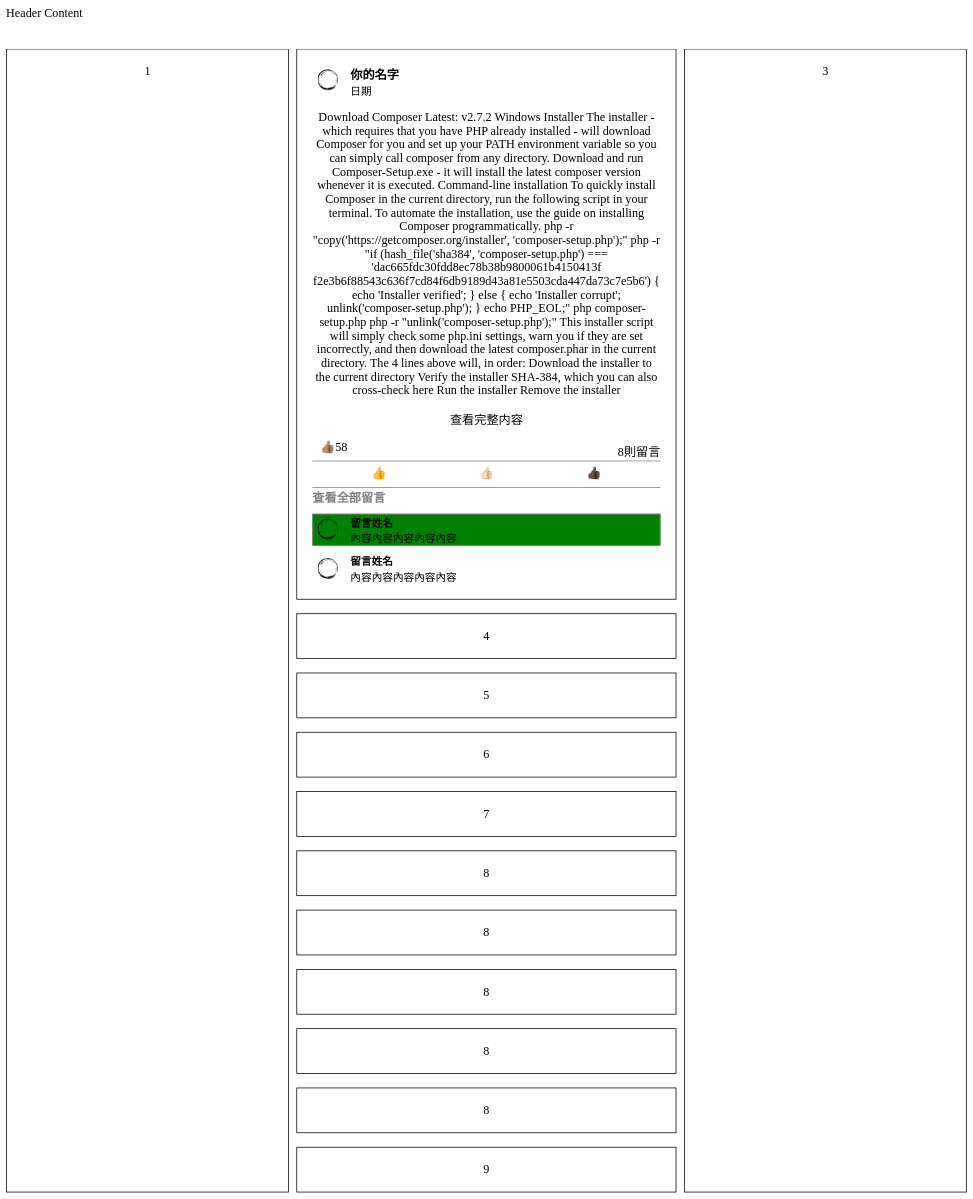
Repository: yuchiyang123/index_view
Page: http://localhost/
The author's editor kept a copy of each file at every save. The page is drawn from the files as they stood at one save, then again after the next save.
The browser window is 1280 px wide. The pictures show the whole page, at 76% of full size.
The page is run by PHP 8.4 with error messages shown; the project is at /var/www/html/.

Above is the page before, as saved 2024-03-27 09:52:45.

After the next save:
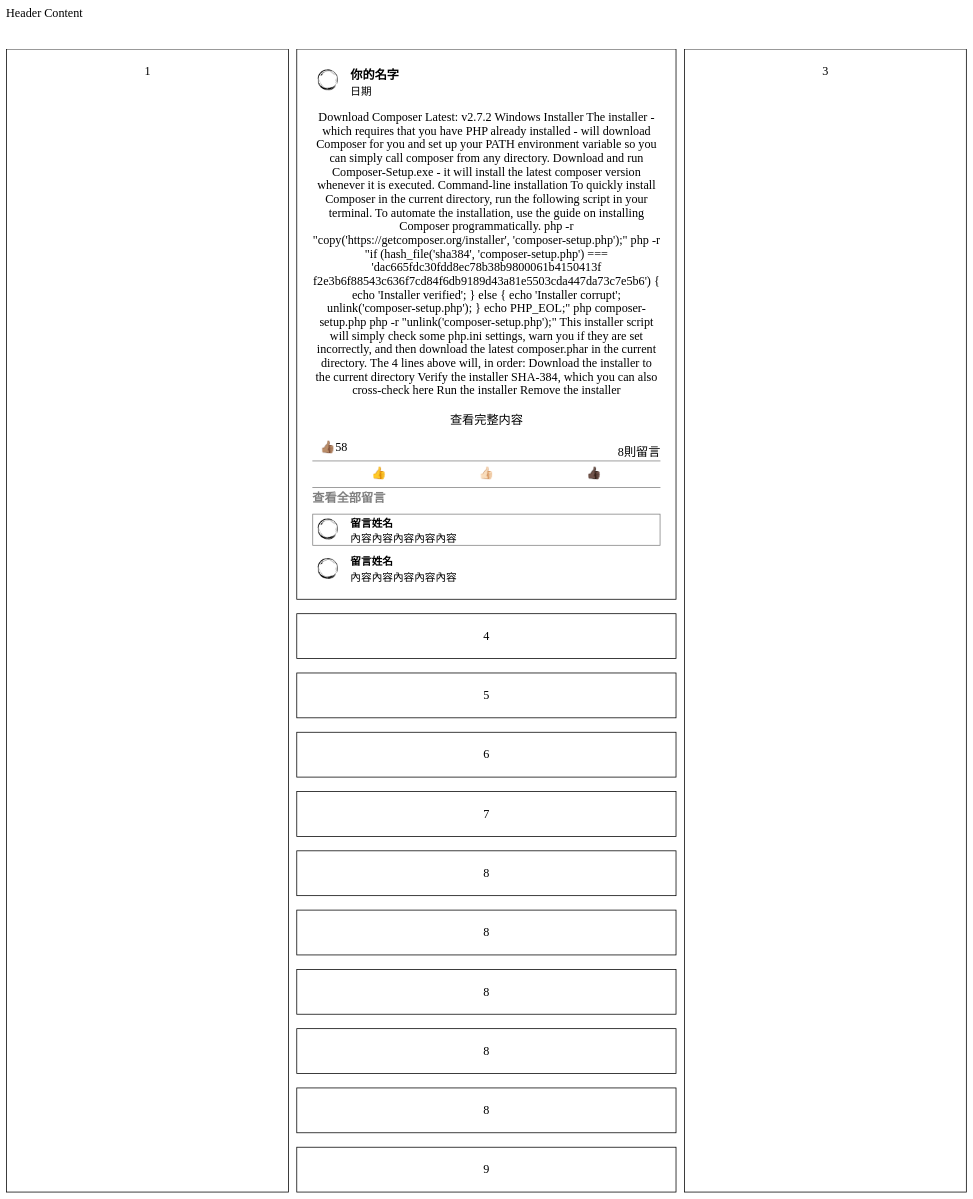
Saved 88 s later.
--- a/index.php
+++ b/index.php
@@ -151,20 +151,9 @@ a{
     margin-top: 10px;
 
   }
-  .LeaveMessageall::before {
-        content: "";
-        position: absolute;
-        top: 0;
-        left: 0;
-        width: 100%;
-        height: 100%;
-        background-color: #ffffff;
-        opacity: 0.5; /* 控制透明度 */
-        z-index: -1; /* 将覆盖层置于文本后面 */
-    }
+
   .LeaveMessageall{
     border : 1px solid gray;
-    background-color: green;
   }
   .LeaveMessageUsernameIMG{
     width: 40px;
@@ -240,8 +229,9 @@ a{
                 <div class="LeaveMessage">
                     <div><a href="#"></a></div>
                     <div>
-                        <div class="LeaveMessageimgdiv"><img src="img/2-1.png" class="LeaveMessageUsernameIMG">
-                    </div>
+                        <div class="LeaveMessageimgdiv">
+                            <img src="img/2-1.png" class="LeaveMessageUsernameIMG">
+                        </div>
                         <div class="LeaveMessageall">
                             <div class="LeaveMessageUsername">
                                 留言姓名
